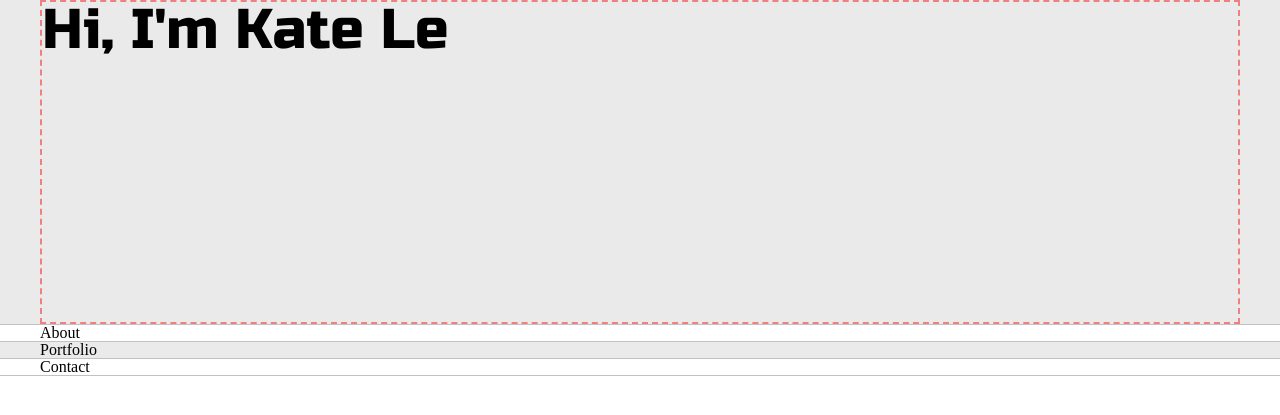
Repository: kate30980/my-persponal-website
Page: index.html
An editor plug-in stored every save of this project. The page is shown before and after the next save, followed by the edit.
The browser window is 1280 px wide. The pictures show the whole page.

Above is the page before, as saved 2021-08-26 17:15:17.

### index.html
<!DOCTYPE html>
<html lang="en">

<head>
    <meta charset="UTF-8">
    <meta http-equiv="X-UA-Compatible" content="IE=edge">
    <meta name="viewport" content="width=device-width, initial-scale=1.0">
    <title>Kate Le</title>
    <link rel="preconnect" href="https://fonts.googleapis.com">
    <link rel="preconnect" href="https://fonts.gstatic.com" crossorigin>
    <link rel="preconnect" href="https://fonts.googleapis.com">
    <link rel="preconnect" href="https://fonts.gstatic.com" crossorigin>
    <link href="https://fonts.googleapis.com/css2?family=Poppins:wght@300;400;600;700&family=Russo+One&display=swap"
        rel="stylesheet">
    <link rel="stylesheet" href="reset.css">
    <link rel="stylesheet" href="main.css">
</head>

<body>

    <section class="s1">
        <div class="main-container">
            <div class="greeting-wrapper">
                <h1>Hi, I'm Kate Le</h1>
            </div>
        </div>
    </section>

    <section class="s2">
        <div class="main-container">
            About
        </div>
    </section>

    <section class="s1">
        <div class="main-container">
            Portfolio
        </div>
    </section>

    <section class="s2">
        <div class="main-container">
            Contact
        </div>
    </section>

</body>

</html>

### main.css
:root {
  --mainText: black;
  --secondaryText: #4b5156;

  --mainColor: #eaeaea;
  --secondaryColor: #fff;

  --borderColor: #c1c1c1;

  --mainFont: "Popins", sans-serif;
  --secondaryFont: "Russo One", sans-serif;
}

html,
body {
  padding: 0;
  margin: 0;
}
h1,
h2,
h3,
h4,
h5,
h6,
strong {
  color: var(--mainText);
  font-family: "Russo One", sans-serif;
  font-weight: 500;
}

p,
li,
span,
label,
input,
textarea,
select {
  color: var(--secondaryText);
  font-family: "Poppins", sans-serif;
}
ul {
  list-style: none;
}

a {
  text-decoration: none;
  color: #17a2b8;
}

h1 {
  font-size: 56px;
}
h2 {
  font-size: 36px;
}
h3 {
  font-size: 28px;
}
h4 {
  font-size: 24px;
}
h5 {
  font-size: 20px;
}
h6 {
  font-size: 16px;
}

.s1 {
  background-color: var(--mainColor);
  border-bottom: 1px solid var(--borderColor);
  overflow: auto;
}
.s2 {
  background-color: var(--secondaryColor);
  border-bottom: 1px solid var(--borderColor);
  overflow: auto;
}
.main-container {
  width: 1200px;
  margin: 0 auto;
}
.greeting-wrapper {
  display: grid;
  border: 2px dashed lightcoral;
  min-height: 20em;
}

@media screen and (max-width: 1200px) {
  .main-container {
    width: 95%;
  }
}

Loaded but not shown: reset.css (common file)

After the next save:
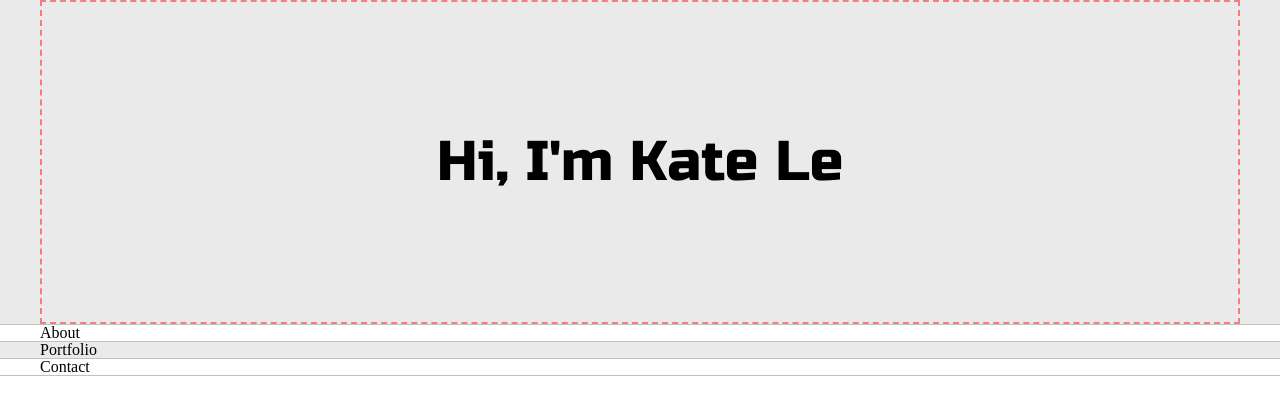
Saved 60 s later.
--- a/main.css
+++ b/main.css
@@ -82,6 +82,9 @@
 }
 .greeting-wrapper {
   display: grid;
+
+  justify-content: center;
+  align-content: center;
   border: 2px dashed lightcoral;
   min-height: 20em;
 }
